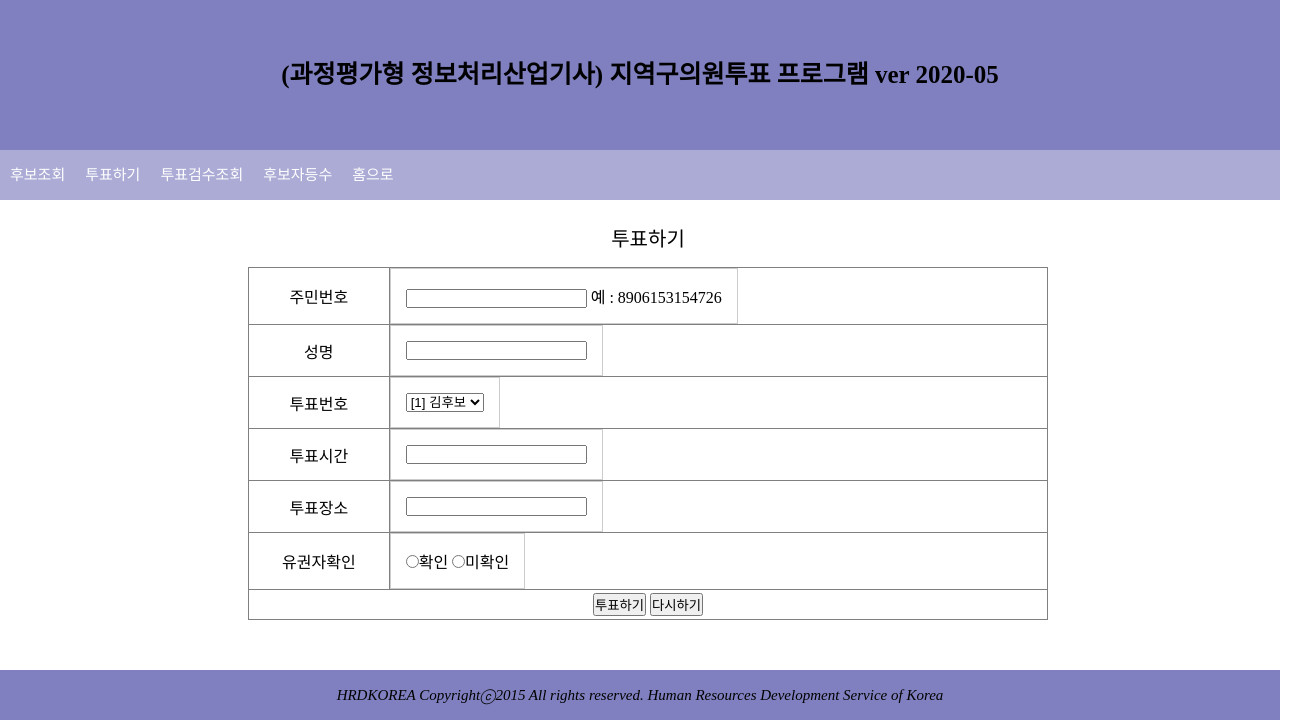
Repository: eunbiro/HRD_1236
Page: http://localhost/HRD_1235/add.jsp
These files come from the project's save history. The page is drawn as it stood at one moment and after the next save; the edit follows.
The browser window is 1280 px wide. The page is 1296 px wide, so the pictures cover 1296 px, including what lies to the right of the window. The pictures show the whole page.
The page is served by Tomcat 9. Other server files are loaded and not shown.

Above is the page before, as saved 2022-12-22 01:46:37.

### HRD_1235/src/main/webapp/add.jsp
<%@ page language="java" contentType="text/html; charset=UTF-8"
    pageEncoding="UTF-8"%>
<!DOCTYPE html>
<html>
<head>
<meta charset="UTF-8">
<title>투표하기</title>
<link rel="stylesheet" href="style.css">
</head>
<body>
	<%@ include file="header.jsp" %>
	<section>
		<div class="title">투표하기</div>
		<div class="wrapper">
			<table>
				<tr>
					<td>주민번호</td>
					<td class="input">
						<input />
						예 : 8906153154726
					</td>
				</tr>
				<tr>
					<td>성명</td>
					<td class="input"><input /></td>
				</tr>
				<tr>
					<td>투표번호</td>
					<td class="input">
						<select>
							<option>[1] 김후보</option>
							<option>[2] 이후보</option>
							<option>[3] 박후보</option>
							<option>[4] 조후보</option>
							<option>[5] 최후보</option>
						</select>
					</td>
				</tr>
				<tr>
					<td>투표시간</td>
					<td class="input"><input /></td>
				</tr>
				<tr>
					<td>투표장소</td>
					<td class="input"><input /></td>
				</tr>
				<tr>
					<td>유권자확인</td>
					<td class="input">
						<input type="radio" />확인
						<input type="radio" />미확인
					</td>
				</tr>
				<tr>
					<td colspan="2">
						<button>투표하기</button>
						<button>다시하기</button>
					</td>
				</tr>

			</table>
		</div>
	</section>
	<%@ include file="footer.jsp" %>
</body>
</html>

### HRD_1235/src/main/webapp/header.jsp
<%@ page language="java" contentType="text/html; charset=UTF-8"
    pageEncoding="UTF-8"%>
<!DOCTYPE html>
<html>
<head>
<meta charset="UTF-8">
<title>Insert title here</title>
</head>
<body>
	<header>(과정평가형 정보처리산업기사) 지역구의원투표 프로그램 ver 2020-05</header>
	<nav>
		<ul class="menu">
			<li><a href="list">후보조회</a></li>
			<li><a href="insert">투표하기</a></li>
			<li><a href="result">투표검수조회</a></li>
			<li><a href="rank">후보자등수</a></li>
			<li><a href="home">홈으로</a></li>
		</ul>
	</nav>
</body>
</html>

### HRD_1235/src/main/webapp/footer.jsp
<%@ page language="java" contentType="text/html; charset=UTF-8"
    pageEncoding="UTF-8"%>
<!DOCTYPE html>
<html>
<head>
<meta charset="UTF-8">
<title>Insert title here</title>
</head>
<body>
	<footer>HRDKOREA Copyrightⓒ2015 All rights reserved. Human Resources Development Service of Korea</footer>
</body>
</html>

### HRD_1235/src/main/webapp/style.css
@charset "UTF-8";

* {
	margin: 0;
	padding: 0;
}

a {
	text-decoration: none;
	color: #fff;
}

header {
	width: 100%;
	height: 150px;
	line-height: 150px;
	background: #8080c0;
	font-size: 25px;
	text-align: center;
	font-weight: 900;
}

.menu {
	display: flex;
	list-style: none;
	width: 100%;
	background: #ababd6;
}

.menu li {
	margin: 5px;
	padding: 5px;
	height: 30px;
	line-height: 30px;
	font-size: 15px;
}

section {
	width: 100%;
	height: 100%;
	padding: 8px;
}

.title {
	width: 100%;
	margin: 15px 0;
	font-size: 20px;
	text-align: center;
}

.wrapper {
	display: flex;
	justify-content: center;
	align-items: center;
	text-align: center;
}

table {
	width: 800px;
}

table, tr, td, th {
	border: 1px solid gray;
	border-collapse: collapse;
}

table tr {
	height: 30px;
}

.input {
	float: left;
	padding: 15px;
	border: 1px solid #ccc;
}

footer {
	position: fixed;
	width: 100%;
	height: 50px;
	line-height: 50px;
	bottom: 0;
	background: #8080c0;
	font-size: 15px;
	font-style: italic;
	text-align: center;
}

After the next save:
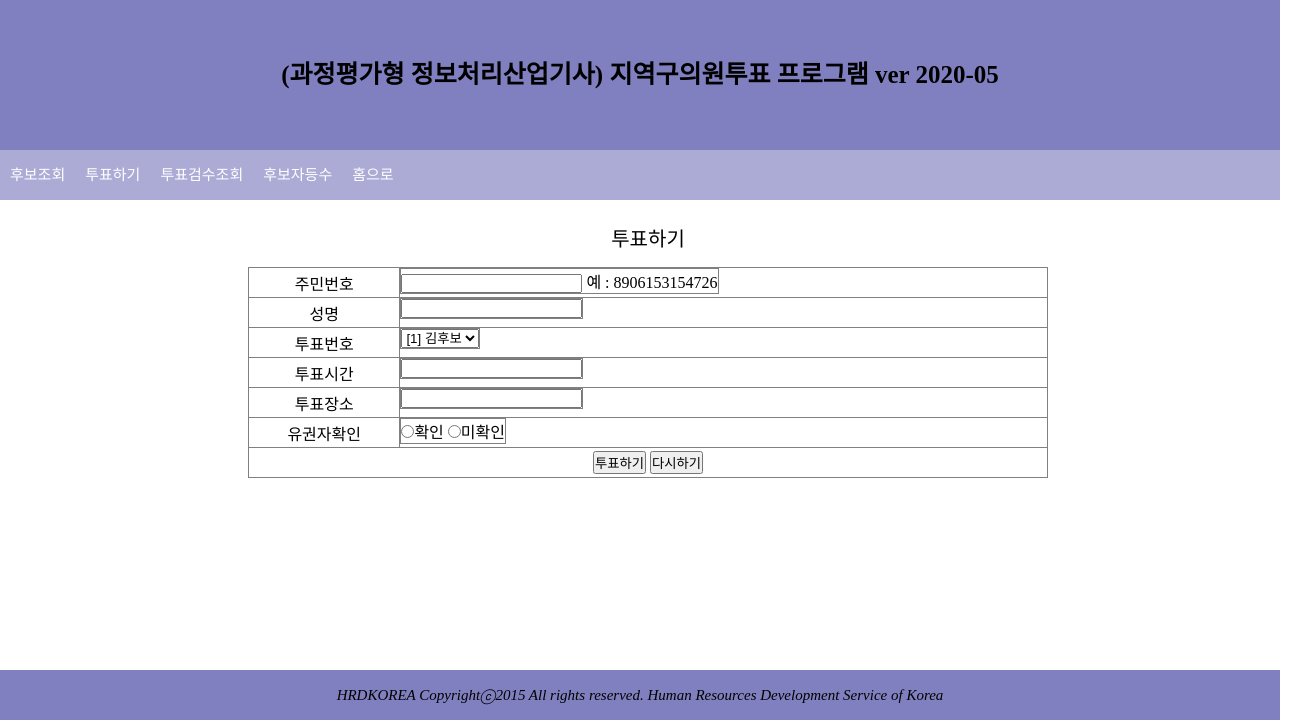
Saved 14 s later.
--- a/HRD_1235/src/main/webapp/style.css
+++ b/HRD_1235/src/main/webapp/style.css
@@ -70,8 +70,6 @@ table tr {
 
 .input {
 	float: left;
-	padding: 15px;
-	border: 1px solid #ccc;
 }
 
 footer {
